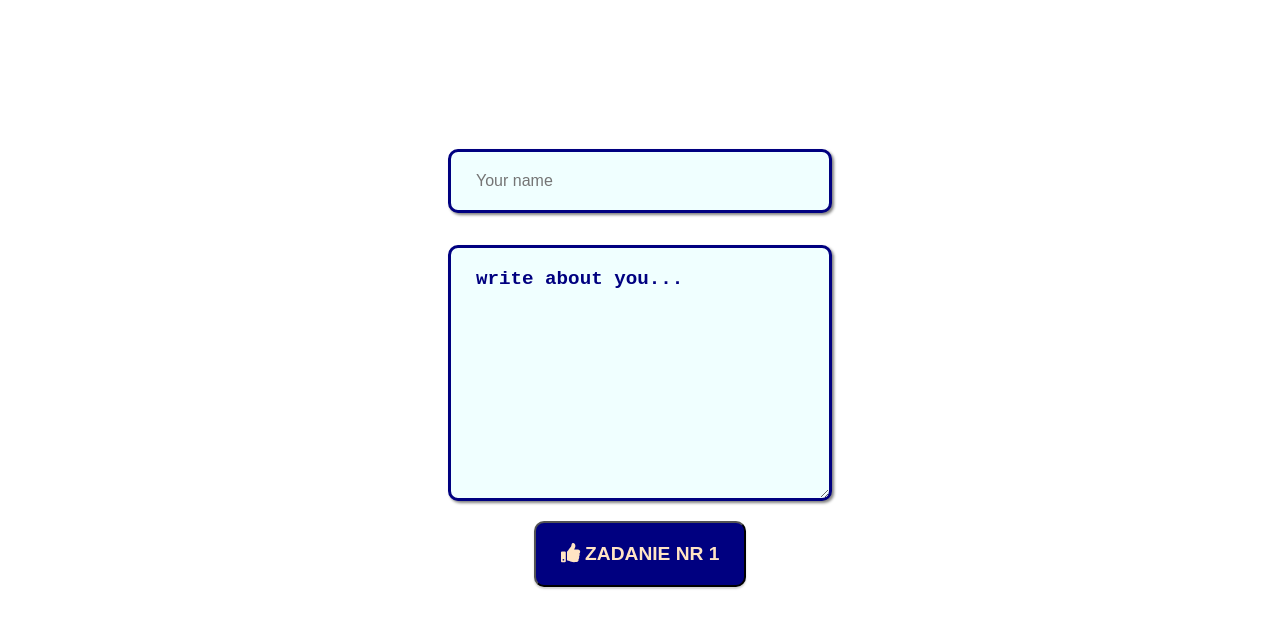
Repository: KrzysKolo/sr_tydzien3_zad_1_2_3
Page: /
These files come from the project's save history. The page is drawn as it stood at one moment and after the next save; the edit follows.
The browser window is 1280 px wide. The pictures show the whole page.
The project was rebuilt for these pictures with package versions that can differ from the ones it lists, and the page was loaded fresh each time.

Above is the page before, as saved 2020-11-02 17:07:02.

After the next save:
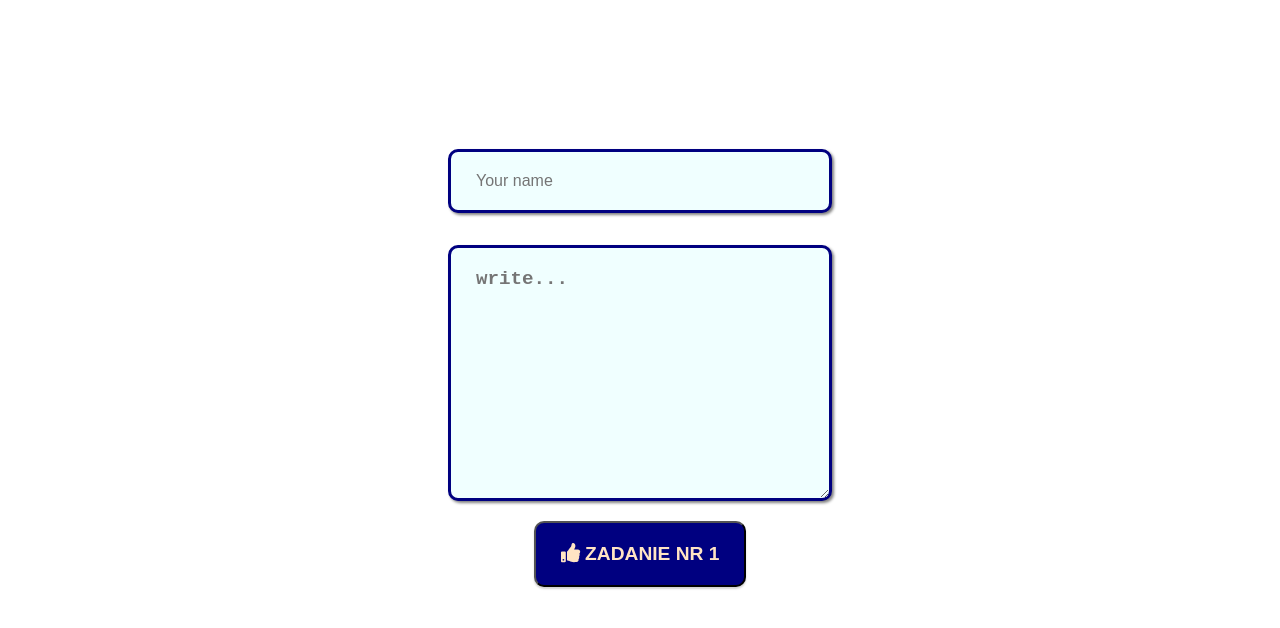
Saved 39 s later.
--- a/src/components/Form/Textarea.js
+++ b/src/components/Form/Textarea.js
@@ -2,7 +2,7 @@ import React from 'react';
 import styled from 'styled-components';
 
 
-const Textarea = ({value, color, bgColor, borderSize, borderRadius, borderColor}) => {
+const Textarea = ({placeholder, color, bgColor, borderSize, borderRadius, borderColor}) => {
     const Textarea = styled.textarea`
     background-color: ${bgColor};
     border-radius: ${borderRadius};
@@ -20,7 +20,7 @@ const Textarea = ({value, color, bgColor, borderSize, borderRadius, borderColor}
     return (
 
         <div>
-            <Textarea value={ value }/>
+            <Textarea placeholder={ placeholder }/>
         </div>
      );
 }
@@ -29,7 +29,7 @@ Textarea.defaultProps = {
     border: "3px solid olive",
     borderRadius: "15px",
     color: "midnightblue",
-    value: "write...",
+    placeholder: "write...",
     }
 
 export default Textarea;
